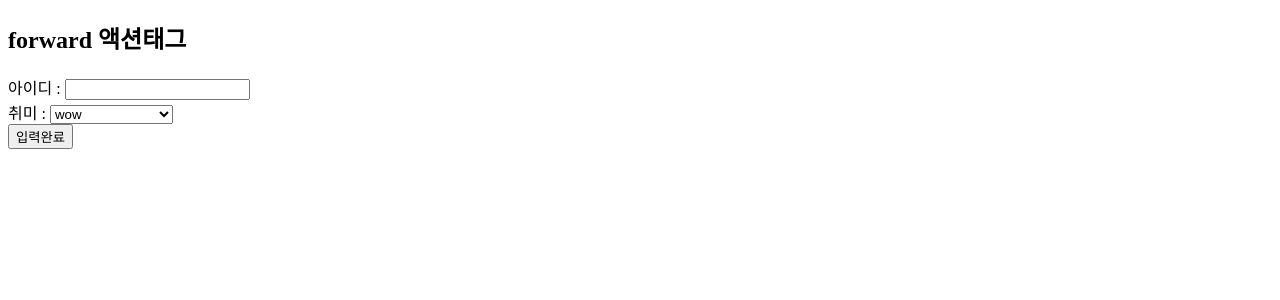
Repository: ceooyh/JSP
Page: http://localhost/step02/forwardformTest.jsp
The author's editor kept a copy of each file at every save. The page is drawn from the files as they stood at one save, then again after the next save.
The browser window is 1280 px wide. The pictures show the whole page.
The page is served by Tomcat 9.

Above is the page before, as saved 2020-12-29 06:44:06.

After the next save:
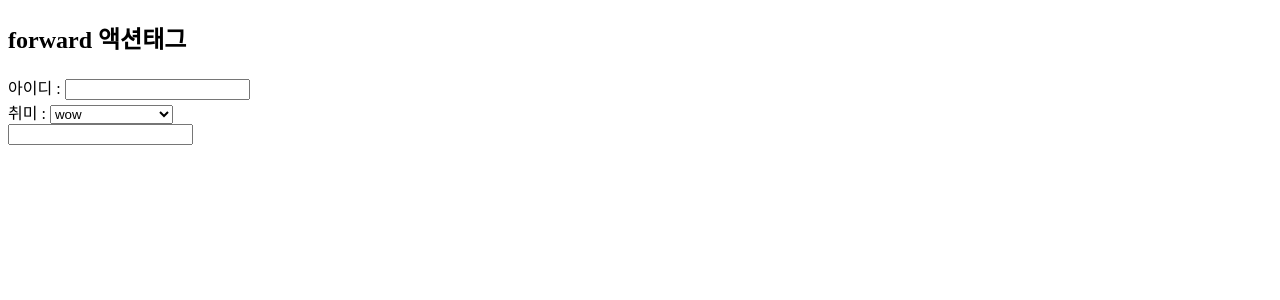
Saved 5 s later.
--- a/step02/WebContent/forwardformTest.jsp
+++ b/step02/WebContent/forwardformTest.jsp
@@ -15,8 +15,7 @@
 			<option value="만화보기">만화보기 </option>
 			<option value="스타2군단의 심장">스타2 군단의 심장</option>
 		</select><br>
-		<input type="submit" value="입력완료">
-
+		<input type="text">
 	</form>
 </body>
 </html>

After the save that followed:
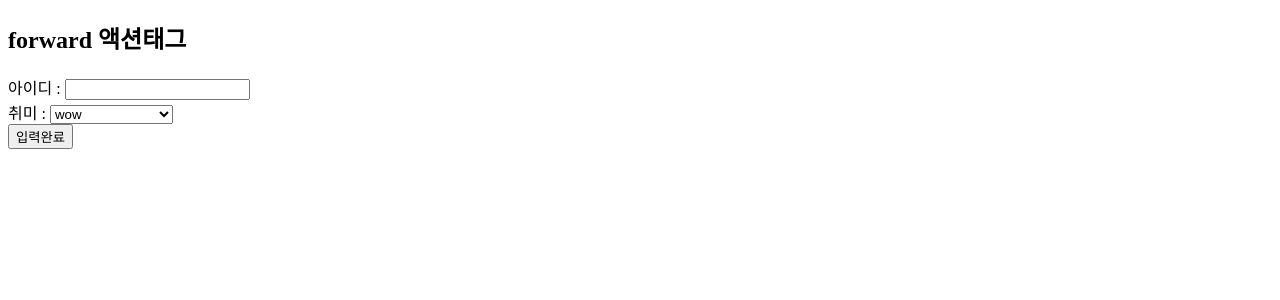
Saved 9 s later.
--- a/step02/WebContent/forwardformTest.jsp
+++ b/step02/WebContent/forwardformTest.jsp
@@ -15,7 +15,7 @@
 			<option value="만화보기">만화보기 </option>
 			<option value="스타2군단의 심장">스타2 군단의 심장</option>
 		</select><br>
-		<input type="text">
+		<input type="submit" value="입력완료">
 	</form>
 </body>
 </html>
